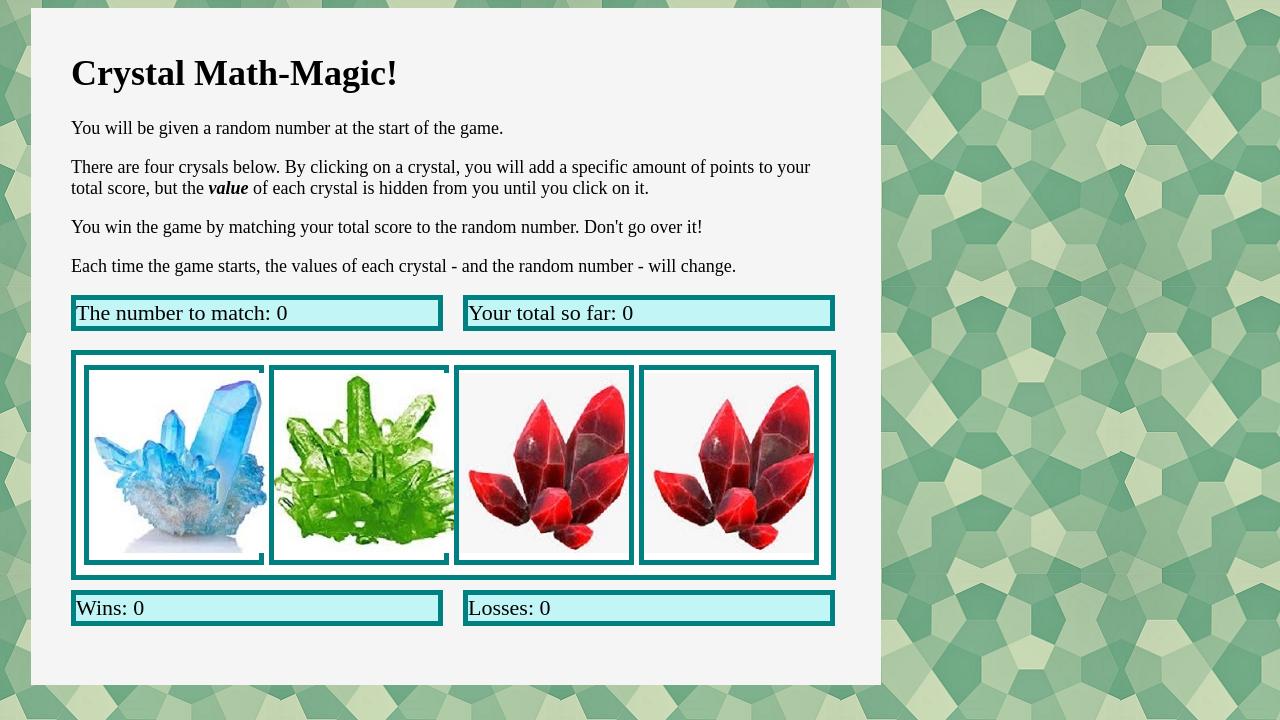
Repository: dsaftler/unit-4-game
Page: index.html
These files come from the project's save history. The page is drawn as it stood at one moment and after the next save; the edit follows.
The browser window is 1280 px wide. The pictures show the whole page.
Some web fonts or font styles are not loaded; a fallback is used.

Above is the page before, as saved 2019-04-01 23:06:06.

After the next save:
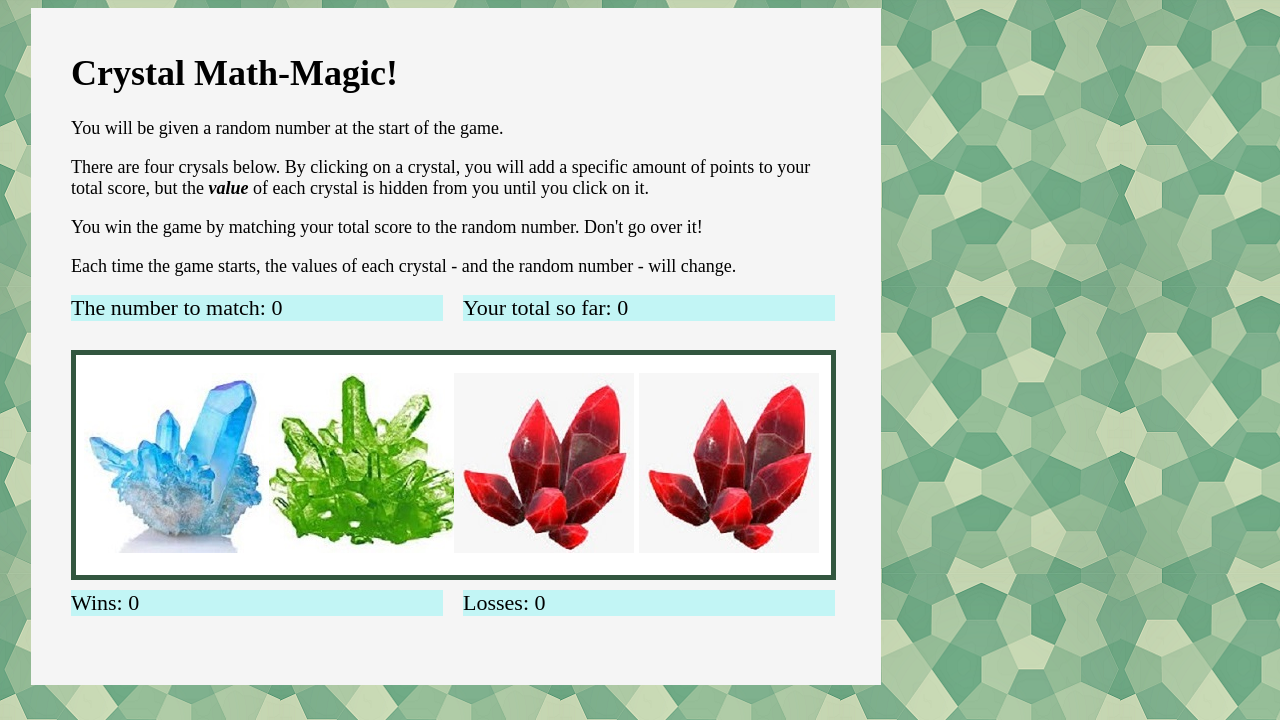
Saved 7 s later.
--- a/assets/css/style.css
+++ b/assets/css/style.css
@@ -33,9 +33,11 @@ font-size: 18px;
   float: left;
   width: 372px;
   background-color: rgb(194, 245, 245);
-  border: 5px solid teal;
+  border: 5px solid rgb(50, 86, 63);
   font-size: 22px;
 
+}
+.bordergreen {border: rgb(50, 86, 63)
 }
 .first {margin-right: 10px;}
 .second {margin-left: 10px;}
@@ -45,7 +47,7 @@ font-size: 18px;
   background-color: #ffffff;
   height: 230px;
   width: 765px;
-  border:5px solid teal;
+  border:5px solid rgb(50, 86, 63);
   padding: 5px;
   padding-left:8px;
 }
@@ -58,7 +60,7 @@ font-size: 18px;
   margin-right: 5px;
   margin-top: 5px;
 
-  border: teal 5px solid;
+  border:rgb(50, 86, 63);
 
 
 }
